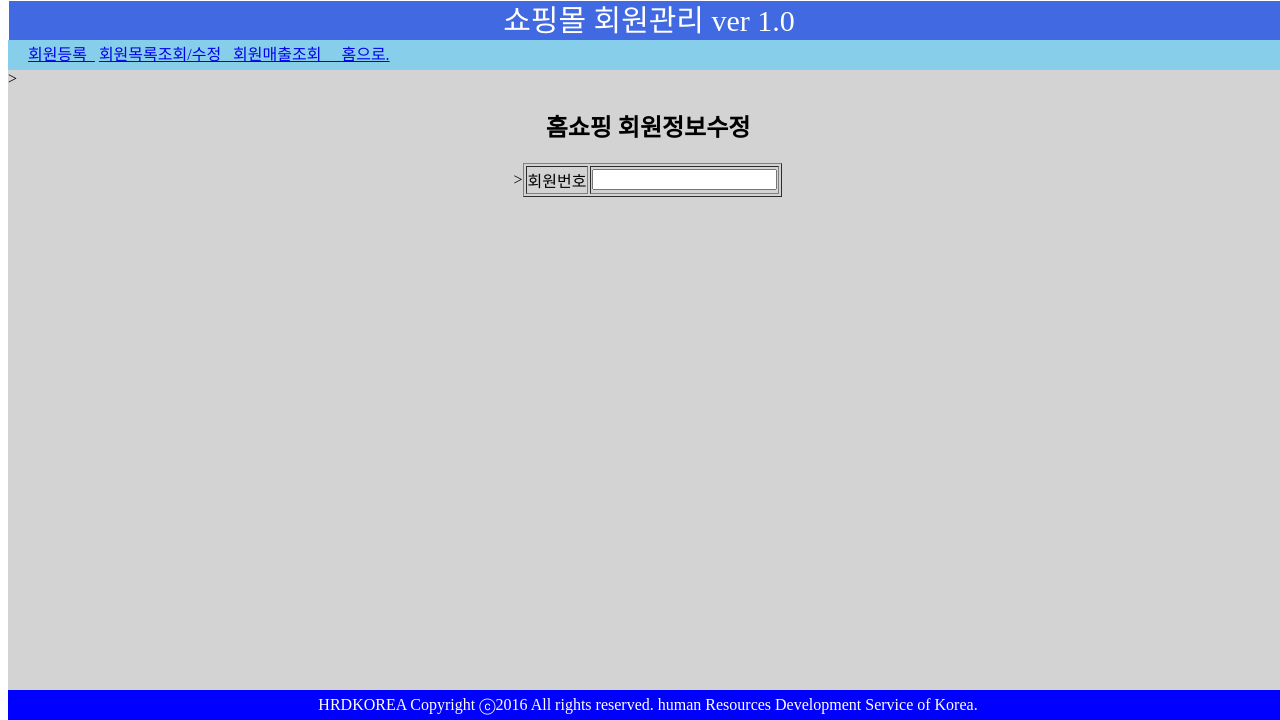
Repository: GotChun/license_practice
Page: http://localhost/HRD_8155/modify.jsp
The author's editor kept a copy of each file at every save. The page is drawn from the files as they stood at one save, then again after the next save.
The browser window is 1280 px wide. The pictures show the whole page.
The page is served by Tomcat 9. Other server files are loaded and not shown.

Above is the page before, as saved 2025-02-20 11:32:03.

### HRD_8155/src/main/webapp/modify.jsp
<%@ page language="java" contentType="text/html; charset=UTF-8"
	pageEncoding="UTF-8"%>
<!DOCTYPE html>
<html>
<head>
<meta charset="UTF-8">
<title>Insert title here</title>
</head>
<body>
	<jsp:include page="header.jsp"></jsp:include>

	<section style="position: fixed; top: 70px; width: 100%; height: 100%; background-color: lightgray;">>
			<h2 style="text-align: center;"><b>홈쇼핑 회원정보수정</b>	</h2>

			<form style="display: flex; justify-content: center; align-items: center; text-align: center;">>
			<table border="1">
				<tr>
					<td>회원번호</td>
					<td><input type="text" name="custno"></td>
				</tr>
			</table>
			</form>

	</section>

	<jsp:include page="footer.jsp"></jsp:include>
</body>
</html>

### HRD_8155/src/main/webapp/header.jsp
<%@ page language="java" contentType="text/html; charset=UTF-8"
    pageEncoding="UTF-8"%>
<!DOCTYPE html>
<html>
<head>
<meta charset="UTF-8">
<title>header</title>
</head>
<body>

	<header style=" position: fixed; top:0px; width: 100%; height:40px;
	 border:1px solid; background-color:royalblue; text-align: center; line-height:40px; font-size:30px; color:white;">쇼핑몰 회원관리 ver 1.0	</header>

	 <nav style="position:fixed; top:40px; width:100%; height:30px; line-height:30px;
	 background-color:skyblue; color:white; padding-left:20px;">
	 <a href="join.jsp">회원등록&nbsp;&nbsp;</a>
	  <a href="list.jsp">회원목록조회/수정&nbsp;&nbsp;  </a>
	  <a href="salary.jsp">회원매출조회&nbsp;&nbsp;&nbsp;&nbsp;  </a>
	  <a href="index.jsp">홈으로. </a>
	 </nav>

</body>
</html>

### HRD_8155/src/main/webapp/footer.jsp
<%@ page language="java" contentType="text/html; charset=UTF-8"
    pageEncoding="UTF-8"%>
<!DOCTYPE html>
<html>
<head>
<meta charset="UTF-8">
<title>footer</title>
</head>
<body>
	 <footer style=" position:fixed; bottom:0px; text-align:center; width:100%; height:30px; background-color:blue; line-height:30px; color:white;">
	 HRDKOREA Copyright ⓒ2016 All rights reserved. human Resources Development Service of Korea. </footer>
</body>
</html>

After the next save:
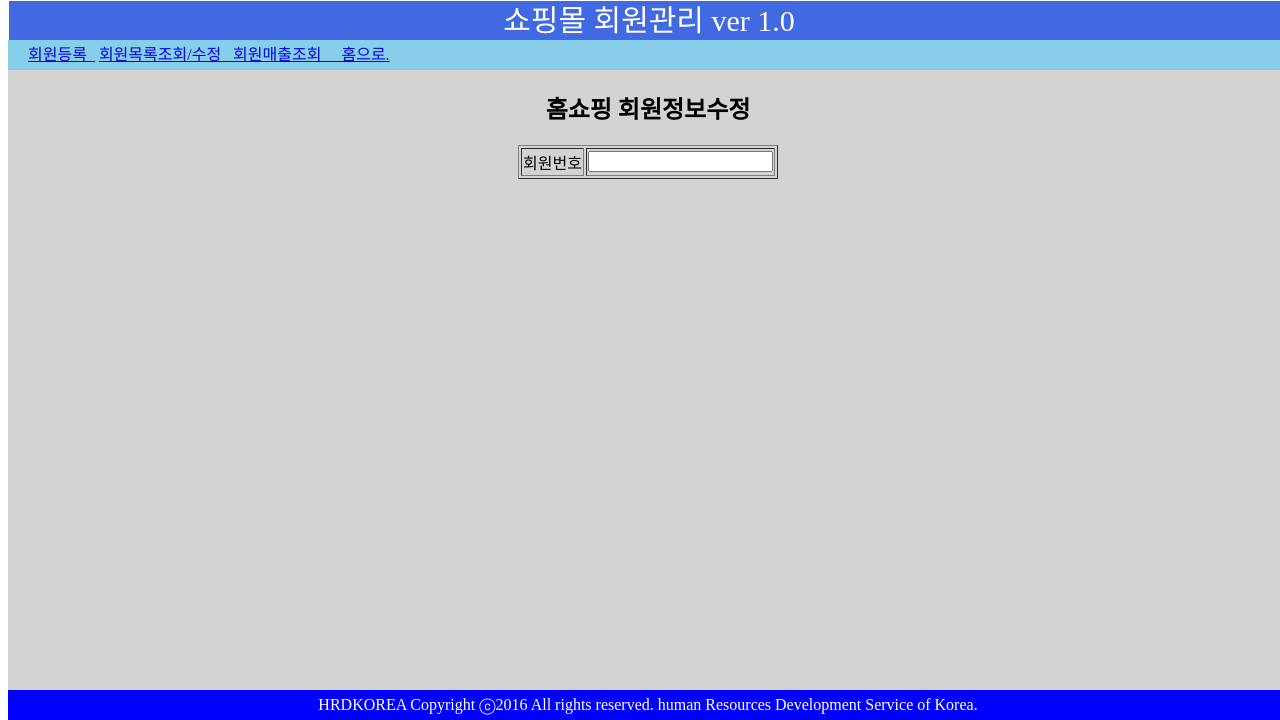
Saved 10 s later.
--- a/HRD_8155/src/main/webapp/modify.jsp
+++ b/HRD_8155/src/main/webapp/modify.jsp
@@ -9,10 +9,10 @@
 <body>
 	<jsp:include page="header.jsp"></jsp:include>
 
-	<section style="position: fixed; top: 70px; width: 100%; height: 100%; background-color: lightgray;">>
+	<section style="position: fixed; top: 70px; width: 100%; height: 100%; background-color: lightgray;">
 			<h2 style="text-align: center;"><b>홈쇼핑 회원정보수정</b>	</h2>
 
-			<form style="display: flex; justify-content: center; align-items: center; text-align: center;">>
+			<form style="display: flex; justify-content: center; align-items: center; text-align: center;">
 			<table border="1">
 				<tr>
 					<td>회원번호</td>
